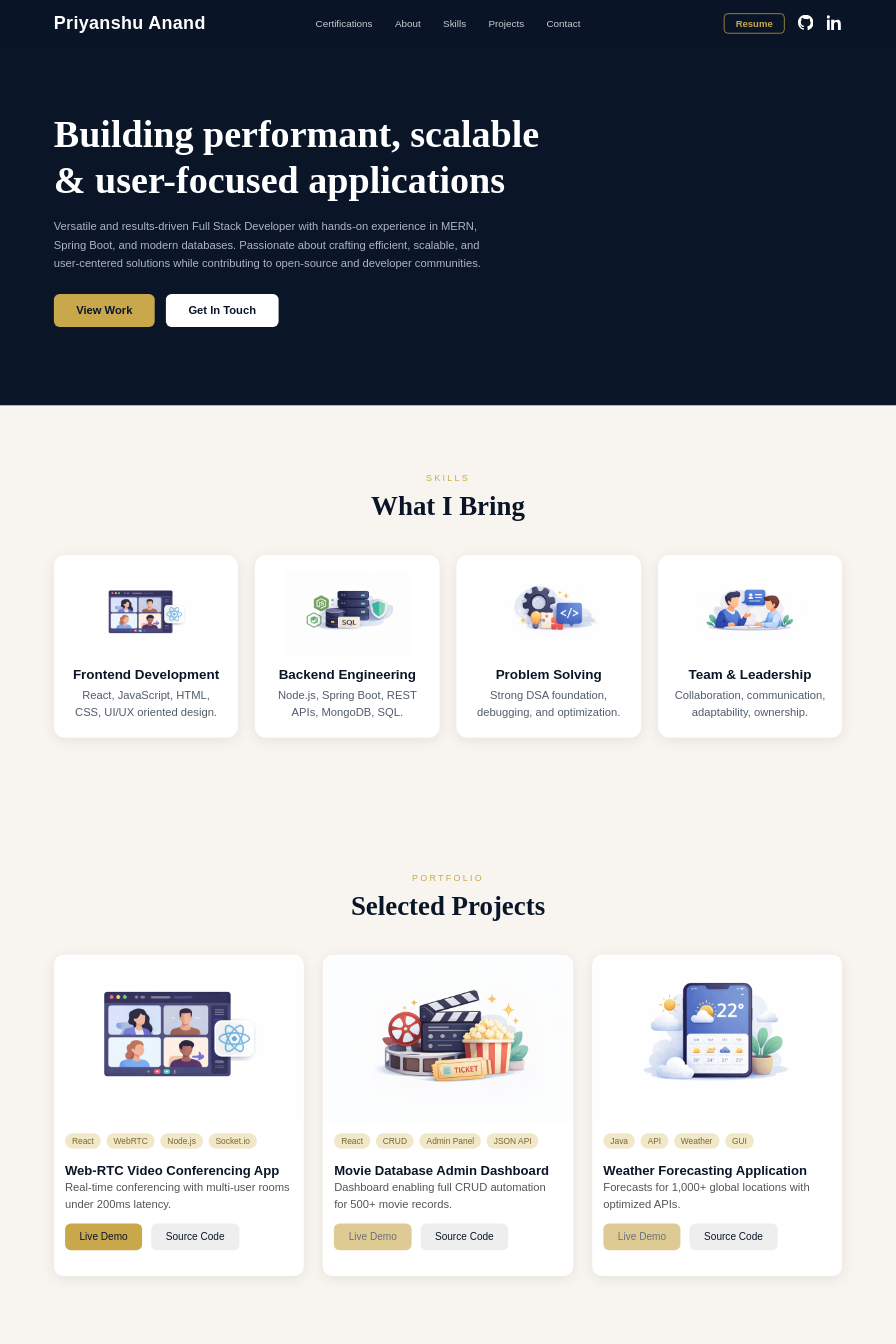
Repository: priyanshuanand12022/My-Portfolio
Page: /
An editor plug-in stored every save of this project. The page is shown before and after the next save, followed by the edit.
The browser window is 1280 px wide. The pictures show the part of the page from y = 0 to 1920 px (the page is 3317 px tall), at 70% of full size.
The project was rebuilt for these pictures with package versions that can differ from the ones it lists, and the page was loaded fresh each time. Also part of the build but not shown: vite.config.js.

Above is the page before, as saved 2026-02-26 12:17:16.

### index.html
<!doctype html>
<html lang="en">
  <head>
    <meta charset="UTF-8" />
    <link rel="icon" href="/favicon.png" type="image/png" sizes="32x32" />
    <link rel="apple-touch-icon" href="/favicon.png" />
    <meta name="viewport" content="width=device-width, initial-scale=1.0" />
    <title>Portfolio</title>
  </head>
  <body>
    <div id="root"></div>
    <script type="module" src="/src/main.jsx"></script>
  </body>
</html>

### src/main.jsx
import React from "react";
import ReactDOM from "react-dom/client";
import Portfolio from "./Portfolio.jsx";

ReactDOM.createRoot(document.getElementById("root")).render(
  <React.StrictMode>
    <Portfolio />
  </React.StrictMode>
);

### src/Portfolio.jsx
import { useState } from "react";
import "./Portfolio.css";
import emailjs from "emailjs-com";

// Images
import webrtcImg from "./assets/webrtc.png";
import movieImg from "./assets/movie.png";
import weatherImg from "./assets/weather.png";
import backendImg from "./assets/backend.png";
import problemImg from "./assets/problem.png";
import teamImg from "./assets/team.png";

export default function Portfolio() {
  const [submitted, setSubmitted] = useState(false);
  const [formData, setFormData] = useState({
    name: "",
    email: "",
    subject: "",
    message: "",
  });

  const handleSubmit = (e) => {
    e.preventDefault();

    emailjs
      .send(
        "service_lk6jd4n",
        "template_el7uc7k",
        {
          name: formData.name,
          email: formData.email,
          subject: formData.subject,
          message: formData.message,
        },
        "nVCyFrHKLSf0xcnOJ"
      )
      .then(() => {
        setSubmitted(true);
      })
      .catch((err) => {
        console.log("Email send error:", err);
        alert("Something went wrong!");
      });
  };

  const handleChange = (e) =>
    setFormData((prev) => ({ ...prev, [e.target.name]: e.target.value }));

  return (
    <div className="portfolio">

      {/* ================= NAVBAR ================= */}
      <nav className="nav">
  {/* Left */}
  <div className="nav-logo">Priyanshu Anand</div>

  {/* Center */}
  <ul className="nav-center">
    <li><a href="#certifications">Certifications</a></li>
    <li><a href="#about">About</a></li>
    <li><a href="#skills">Skills</a></li>
    <li><a href="#projects">Projects</a></li>
    <li><a href="#contact">Contact</a></li>
  </ul>

  {/* Right */}
  <div className="nav-right">

    {/* Resume Button */}
    <a
      href="/resume.pdf"
      className="resume-btn"
      target="_blank"
      rel="noopener noreferrer"
    >
      Resume
    </a>

    <a href="https://github.com/priyanshuanand12022" target="_blank">
      <img className="icon" src="/github.svg" alt="GitHub" />
    </a>

    <a href="https://www.linkedin.com/in/priyanshu-anand-213315353" target="_blank">
      <img className="icon" src="/linkedin.svg" alt="LinkedIn" />
    </a>
  </div>
</nav>

      {/* ================= HERO ================= */}
      <section id="about" className="hero">
        <h1>Building performant, scalable & user-focused applications</h1>

        <p className="hero-desc">
          Versatile and results-driven Full Stack Developer with hands-on
          experience in MERN, Spring Boot, and modern databases. Passionate
          about crafting efficient, scalable, and user-centered solutions
          while contributing to open-source and developer communities.
        </p>

        <div className="hero-buttons">
          <a href="#projects" className="btn-primary">View Work</a>
          <a href="#contact" className="btn-secondary">Get In Touch</a>
        </div>
      </section>

      {/* ================= SKILLS ================= */}
      <section id="skills" className="skills">
        <div className="section-tag">SKILLS</div>
        <h2 className="section-title">What I Bring</h2>

        <div className="skills-grid">

          <div className="skill-card">
            <img src={webrtcImg} alt="Frontend" className="skill-img" />
            <h3>Frontend Development</h3>
            <p>React, JavaScript, HTML, CSS, UI/UX oriented design.</p>
          </div>

          <div className="skill-card">
            <img src={backendImg} alt="Backend" className="skill-img" />
            <h3>Backend Engineering</h3>
            <p>Node.js, Spring Boot, REST APIs, MongoDB, SQL.</p>
          </div>

          <div className="skill-card">
            <img src={problemImg} alt="Problem Solving" className="skill-img" />
            <h3>Problem Solving</h3>
            <p>Strong DSA foundation, debugging, and optimization.</p>
          </div>

          <div className="skill-card">
            <img src={teamImg} alt="Team" className="skill-img" />
            <h3>Team & Leadership</h3>
            <p>Collaboration, communication, adaptability, ownership.</p>
          </div>

        </div>
      </section>

      {/* ================= PROJECTS ================= */}
      <section id="projects" className="projects">
        <div className="section-tag">PORTFOLIO</div>
        <h2 className="section-title">Selected Projects</h2>

        <div className="projects-grid">

          {/* WEBRTC */}
          <div className="project-card">
            <img src={webrtcImg} className="project-img" alt="WebRTC" />
            <div className="project-tags">
              <span>React</span>
              <span>WebRTC</span>
              <span>Node.js</span>
              <span>Socket.io</span>
            </div>
            <h3>Web-RTC Video Conferencing App</h3>
            <p>Real-time conferencing with multi-user rooms under 200ms latency.</p>

            <div className="project-buttons">
              <a href="https://webrtc-conference-app2.netlify.app" className="btn-live">Live Demo</a>
              <a href="https://github.com/priyanshuanand12022/webrtc-full-app.git" className="btn-code">Source Code</a>
            </div>
          </div>

          {/* MOVIE DASHBOARD */}
          <div className="project-card">
            <img src={movieImg} className="project-img" alt="Movie Dashboard" />
            <div className="project-tags">
              <span>React</span>
              <span>CRUD</span>
              <span>Admin Panel</span>
              <span>JSON API</span>
            </div>
            <h3>Movie Database Admin Dashboard</h3>
            <p>Dashboard enabling full CRUD automation for 500+ movie records.</p>

            <div className="project-buttons">
              <a className="btn-live disabled">Live Demo</a>
              <a href="https://github.com/priyanshuanand12022/DBMS-Movie-Ticket-Booking-System.git" className="btn-code">Source Code</a>
            </div>
          </div>

          {/* WEATHER APP */}
          <div className="project-card">
            <img src={weatherImg} className="project-img" alt="Weather App" />
            <div className="project-tags">
              <span>Java</span>
              <span>API</span>
              <span>Weather</span>
              <span>GUI</span>
            </div>
            <h3>Weather Forecasting Application</h3>
            <p>Forecasts for 1,000+ global locations with optimized APIs.</p>

            <div className="project-buttons">
              <a className="btn-live disabled">Live Demo</a>
              <a href="https://github.com/priyanshuanand12022/JAVA-WEATHER-APPLICATION-PROJECT.git" className="btn-code">Source Code</a>
            </div>
          </div>

        </div>
      </section>

      {/* ================= CERTIFICATIONS ================= */}
<section id="certifications" className="skills">
  <div className="section-tag">CERTIFICATIONS</div>
  <h2 className="section-title">My Certifications</h2>

  <div className="skills-grid">

    <div
      className="skill-card"
      onClick={() => window.open("/certificates/cert1.pdf", "_blank")}
      style={{ cursor: "pointer" }}
    >
      <img src={webrtcImg} alt="Cert 1" className="skill-img" />
      <h3>React Developer Certificate</h3>
      <p>Issued by XYZ Academy</p>
    </div>

    <div
      className="skill-card"
      onClick={() => window.open("/certificates/cert2.pdf", "_blank")}
      style={{ cursor: "pointer" }}
    >
      <img src={backendImg} alt="Cert 2" className="skill-img" />
      <h3>Backend Mastery Certification</h3>
      <p>Issued by ABC Institute</p>
    </div>

    <div
      className="skill-card"
      onClick={() => window.open("/certificates/cert3.pdf", "_blank")}
      style={{ cursor: "pointer" }}
    >
      <img src={problemImg} alt="Cert 3" className="skill-img" />
      <h3>Problem Solving Certification</h3>
      <p>HackerRank / LeetCode</p>
    </div>

    <div
      className="skill-card"
      onClick={() => window.open("/certificates/cert4.pdf", "_blank")}
      style={{ cursor: "pointer" }}
    >
      <img src={teamImg} alt="Cert 4" className="skill-img" />
      <h3>Leadership Skills Certificate</h3>
      <p>Issued by SkillUp / Coursera</p>
    </div>

  </div>
</section>

      {/* ================= CONTACT ================= */}
      <section id="contact" className="contact">
        <div className="section-tag light">CONTACT</div>
        <h2 className="section-title light">Let's Connect</h2>

        <p className="contact-desc">
          Have a project or collaboration in mind? Feel free to reach out.
        </p>

        {submitted ? (
          <div className="thankyou">
            Thank you! I’ll get back to you soon.
          </div>
        ) : (
          <form className="contact-form" onSubmit={handleSubmit}>
            <input name="name" placeholder="Your Name" required onChange={handleChange} />
            <input name="email" type="email" placeholder="Email" required onChange={handleChange} />
            <input name="subject" placeholder="Subject" onChange={handleChange} />
            <textarea name="message" placeholder="Message" required onChange={handleChange} />
            <button className="btn-primary submit-btn">Send Message</button>
          </form>
        )}
      </section>

      {/* ================= FOOTER ================= */}
      <footer className="footer">
        © 2026 <span>Priyanshu Anand</span> — All Rights Reserved.
      </footer>

    </div>
  );
}

### src/Portfolio.css
/* GLOBAL */
* {
  margin: 0;
  padding: 0;
  box-sizing: border-box;
}

body {
  font-family: "DM Sans", sans-serif;
  background: #f8f4ef;
  color: #0a1628;
}

.portfolio {
  width: 100%;
  overflow-x: hidden;
}

/* ================= NAV ================= */
.nav {
  display: flex;
  justify-content: space-between;
  align-items: center;
  padding: 1.1rem 6%;
  position: fixed;
  top: 0;
  width: 100%;
  background: rgba(10, 22, 40, 0.95);
  backdrop-filter: blur(10px);
  z-index: 2000;
}

.nav-logo {
  color: white;
  font-weight: 700;
  font-size: 1.6rem;
  letter-spacing: 0.5px;
}

.nav {
  display: flex;
  justify-content: space-between;   /* keeps left, center, right separated */
  align-items: center;
  padding: 1.2rem 6%;
  position: fixed;
  top: 0;
  width: 100%;
  background: rgba(10, 22, 40, 0.92);
  backdrop-filter: blur(10px);
  z-index: 200;
}

/* Center nav links */
.nav-center {
  position: absolute;
  left: 50%;
  transform: translateX(-50%);   /* centers exactly */
  display: flex;
  gap: 2rem;
  list-style: none;
}

.nav-center a {
  color: #c9cbd1;
  text-decoration: none;
  font-size: 0.88rem;
}

.resume-btn {
  border: 1px solid #c9a84c;
  background: transparent;
  color: #c9a84c;
  padding: 6px 16px;
  border-radius: 6px;
  text-decoration: none;
  font-size: 0.85rem;
  font-weight: 600;
  transition: 0.2s ease;
}

.resume-btn:hover {
  background: #c9a84c;
  color: #0a1628;
}

.nav-center a:hover {
  color: #e8c97a;
}

/* Right social icons */
.nav-right {
  display: flex;
  gap: 1.2rem;
  align-items: center;
}

.nav-logo span {
  color: #c9a84c;
}

/* Nav links */
.nav-links {
  display: flex;
  gap: 2rem;
  list-style: none;
}

.nav-links a {
  color: #c9cbd1;
  text-decoration: none;
  font-size: 0.88rem;
  transition: 0.2s ease;
}

.nav-links a:hover {
  color: #e8c97a;
}

/* Social Icons Right Side */
.nav-social {
  display: flex;
  align-items: center;
  gap: 1rem;
}

.nav-social .icon {
  width: 22px;
  height: 22px;
  filter: brightness(0) invert(1); /* white icons */
  opacity: 0.85;
  transition: 0.2s;
}

.nav-social .icon:hover {
  opacity: 1;
  transform: scale(1.15);
}

/* ================= HERO ================= */
.hero {
  background: #0a1628;
  color: white;
  padding: 10rem 6% 7rem;
}

.hero h1 {
  font-family: "Playfair Display", serif;
  font-size: 3.4rem;
  max-width: 750px;
  line-height: 1.2;
}

.hero-desc {
  margin-top: 1.3rem;
  color: #aeb5c3;
  max-width: 620px;
  line-height: 1.6;
}

.hero-buttons {
  margin-top: 2rem;
  display: flex;
  gap: 1rem;
}

.btn-primary {
  background: #c9a84c;
  color: #0a1628;
  padding: 0.9rem 2rem;
  border-radius: 8px;
  text-decoration: none;
  font-weight: 600;
}

.btn-secondary {
  background: white;
  color: #0a1628;
  padding: 0.9rem 2rem;
  border-radius: 8px;
  text-decoration: none;
  font-weight: 600;
}

/* ================= SECTION HEADERS ================= */
.section-tag {
  text-align: center;
  letter-spacing: 0.25em;
  color: #c9a84c;
  font-size: 0.8rem;
}

.section-title {
  text-align: center;
  font-family: "Playfair Display", serif;
  font-size: 2.4rem;
  margin: 0.7rem 0 3rem;
}

/* ================= SKILLS ================= */
.skills {
  padding: 6rem 6%;
}

.skills-grid {
  display: grid;
  grid-template-columns: repeat(auto-fit, minmax(260px, 1fr));
  gap: 1.5rem;
}

.skill-card {
  background: white;
  padding: 1.5rem;
  border-radius: 16px;
  text-align: center;
  min-height: 260px;
  box-shadow: 0 4px 20px rgba(0, 0, 0, 0.08);
}

.skill-img {
  width: 180px;
  margin: 0 auto 1rem;
  display: block;
}

.skill-card h3 {
  font-size: 1.2rem;
  margin-bottom: 0.4rem;
}

.skill-card p {
  color: #515c6c;
  line-height: 1.5;
}

/* ================= PROJECTS ================= */
.projects {
  padding: 6rem 6%;
}

.projects-grid {
  display: grid;
  grid-template-columns: repeat(auto-fit, minmax(290px, 1fr));
  gap: 1.7rem;
}

.project-card {
  background: white;
  border-radius: 14px;
  padding-bottom: 1.3rem;
  box-shadow: 0 4px 20px rgba(0, 0, 0, 0.08);
}

.project-img {
  width: 100%;
  border-radius: 14px 14px 0 0;
}

.project-tags {
  display: flex;
  gap: 8px;
  flex-wrap: wrap;
  padding: 0.8rem 1rem;
}

.project-tags span {
  background: #f1e7c9;
  color: #7b6630;
  padding: 4px 10px;
  border-radius: 20px;
  font-size: 0.75rem;
}

.project-card h3 {
  padding: 0 1rem;
  margin-top: 0.5rem;
}

.project-card p {
  padding: 0 1rem;
  color: #555;
  line-height: 1.5;
}

.project-buttons {
  padding: 1rem;
  display: flex;
  gap: 0.8rem;
}

.btn-live {
  background: #c9a84c;
  color: #0a1628;
  padding: 0.7rem 1.3rem;
  border-radius: 8px;
  font-size: 0.9rem;
  text-decoration: none;
}

.btn-code {
  background: #eee;
  color: #0a1628;
  padding: 0.7rem 1.3rem;
  border-radius: 8px;
  font-size: 0.9rem;
  text-decoration: none;
}

.disabled {
  opacity: 0.6;
  pointer-events: none;
}

/* ================= CONTACT ================= */
.contact {
  background: #0a1628;
  color: white;
  padding: 6rem 6%;
  margin-top: 4rem;
  text-align: center;
}

.section-title.light {
  color: white;
}

.contact-desc {
  margin-top: 1rem;
  color: #b7c0cf;
  font-size: 1.05rem;
}

.contact-form {
  margin-top: 2.5rem;
  max-width: 450px;
  margin-left: auto;
  margin-right: auto;
  display: flex;
  flex-direction: column;
  gap: 1rem;
}

.contact-form input,
.contact-form textarea {
  padding: 0.9rem 1rem;
  background: #102039;
  border-radius: 8px;
  border: 1px solid #21324d;
  color: white;
}

.submit-btn {
  margin-top: 0.5rem;
  align-self: center;
}

/* ================= FOOTER ================= */
.footer {
  text-align: center;
  padding: 1.8rem 0;
  background: #0a1628;
  color: #c2cad6;
}

.footer span {
  color: #e6c878;
}

After the next save:
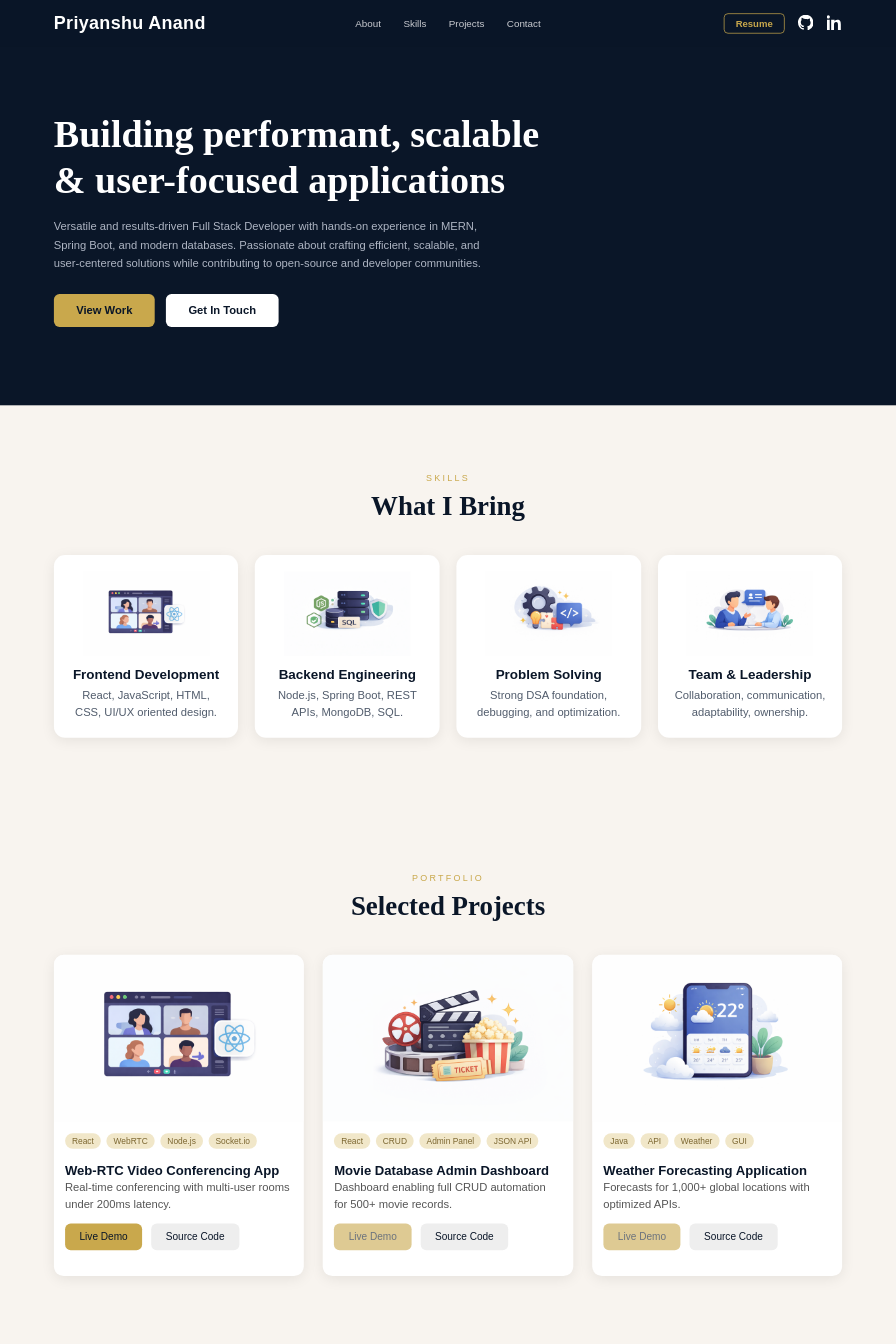
Saved 26 min 0 s later.
--- a/src/Portfolio.jsx
+++ b/src/Portfolio.jsx
@@ -56,7 +56,6 @@
 
   {/* Center */}
   <ul className="nav-center">
-    <li><a href="#certifications">Certifications</a></li>
     <li><a href="#about">About</a></li>
     <li><a href="#skills">Skills</a></li>
     <li><a href="#projects">Projects</a></li>
